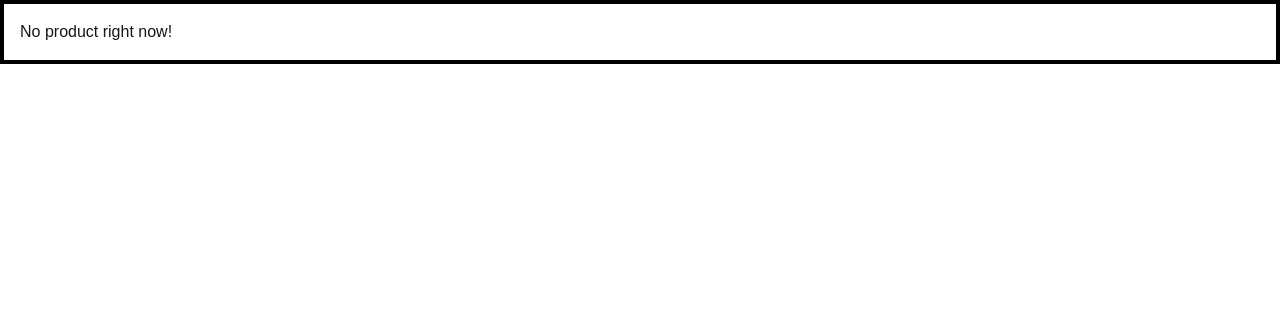
Repository: SamanthaYan298/MDIA-3126-Weds
Page: /api (app in webapp/)
These files come from the project's save history. The page is drawn as it stood at one moment and after the next save; the edit follows.
The browser window is 1280 px wide. The pictures show the whole page.
The project was rebuilt for these pictures with package versions that can differ from the ones it lists, and the page was loaded fresh each time. The framework's server and built-in components were replaced by stand-ins that run in the browser. Also part of the build but not shown: webapp/next.config.mjs.

Above is the page before, as saved 2024-10-09 13:54:54.

After the next save:
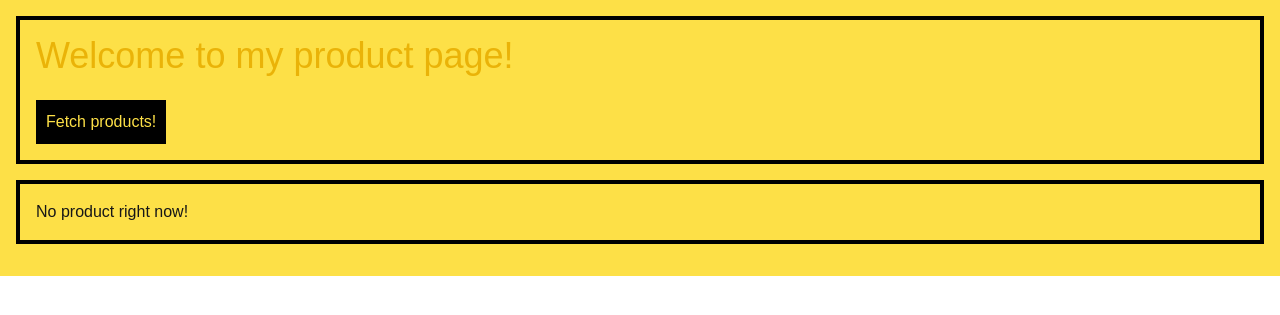
Saved 2 min 0 s later.
--- a/webapp/src/app/api/page.js
+++ b/webapp/src/app/api/page.js
@@ -33,9 +33,7 @@ export default function Page() {
                     productsList.push(
                         <li key={index}>{product.name}</li>
                     )
-                });
-        }
-
+        });
 
         return (
             <div className="border-4 border-black p-4 mb-4">
@@ -47,6 +45,7 @@ export default function Page() {
     return (
         <div className="border-4 border-black p-4 mb-4">No product right now!</div>
     )
+}
 
     return (
         <div className="bg-yellow-300 p-4">
